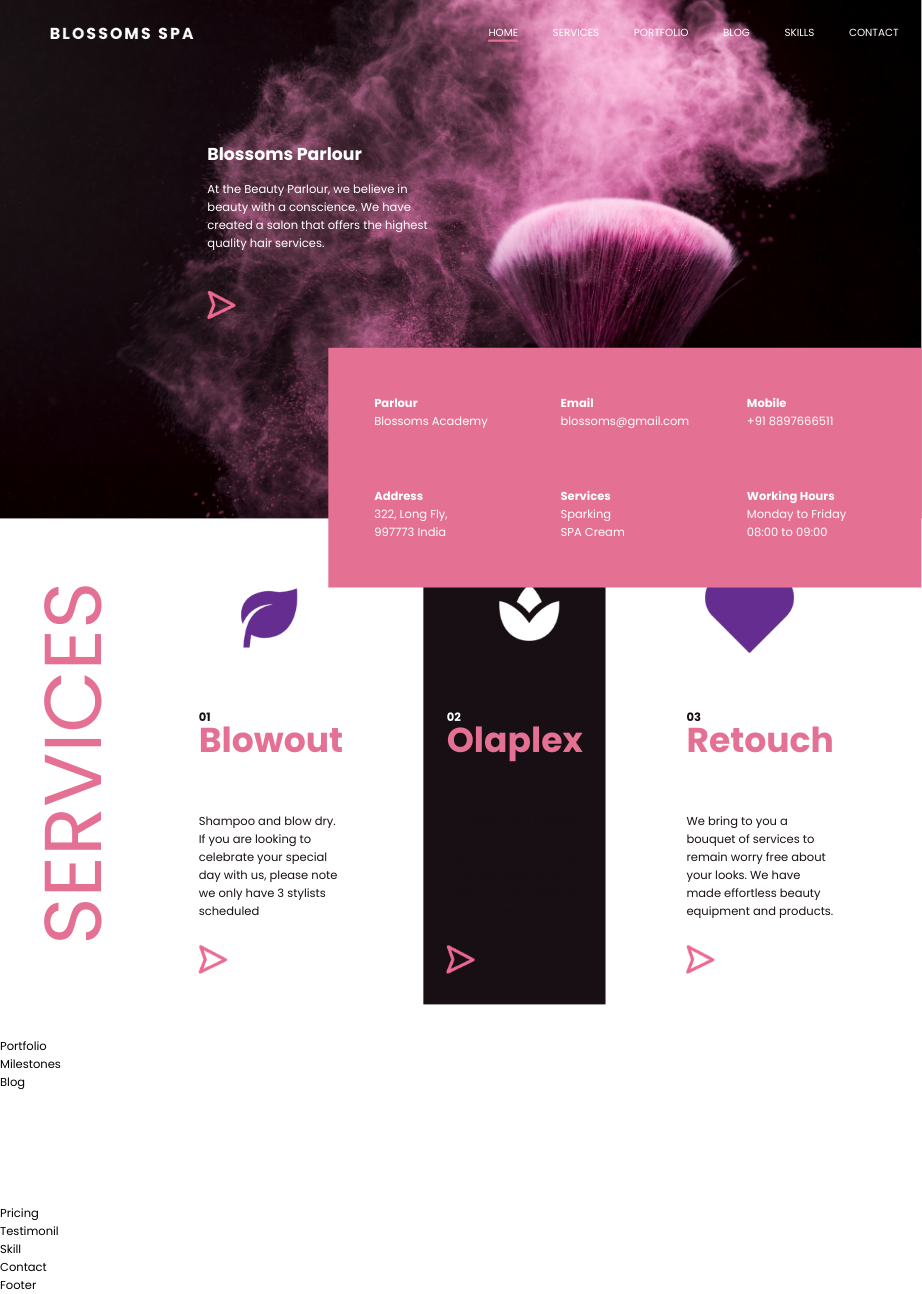
Repository: OmniaRafat232111121/animateSalon
Page: /
The author's editor kept a copy of each file at every save. The page is drawn from the files as they stood at one save, then again after a run of saves.
The browser window is 1280 px wide. The pictures show the whole page, at 72% of full size.
The project was rebuilt for these pictures with package versions that can differ from the ones it lists, and the page was loaded fresh each time. Also part of the build but not shown: src/components/ScrollTop.jsx.

Above is the page before, as saved 2022-07-26 03:23:15.

### src/index.css
@import url("https://fonts.googleapis.com/css2?family=Poppins:wght@100;200;300;400;500;600;700;800&display=swap");
:root {
  --primary-color: #180f14;
  --secondary-color: #e47194;
  --font-family: "Poppins", sans-serif;
}

* {
  margin: 0;
  padding: 0;
  box-sizing: border-box;
}

html {
  scroll-behavior: smooth;
  height: 100%;
  overflow-x: hidden;
}

body {
  overflow-x: hidden;
}

body,
button {
  font-family: var(--font-family);
}

::-webkit-scrollbar {
  background-color: var(--primary-color);
  width: 0.3rem;
}

::-webkit-scrollbar-thumb {
  background-color: var(--secondary-color);
}

@media screen and (min-width: 280px) and (max-width: 1080px) {
  body::-webkit-scrollbar {
    display: none;
  }
}

### src/App.js
import React from 'react'
import Blog from './components/Blog'
import Contact from './components/Contact'
import Footer from './components/Footer'
import Home from './components/Home'
import Milestones from './components/Milestones'
import Portfolio from './components/Portfolio'
import Pricing from './components/Pricing'
import ScrollTop from './components/ScrollTop'
import Services from './components/Services'
import Skill from './components/Skill'
import Testimonil from './components/Testimonil'

const App = () => {
  return (
 <>

 <Home/>
 <Services/>
 <Portfolio/>
 <Milestones/>
 <Blog/>
 <video/>
 <Pricing/>
 <Testimonil/>
 <Skill/>
 <Contact/>
 <Footer/>
 </>
  )
}

export default App

### src/components/Home.jsx
import React from 'react'
import styled from "styled-components"
import home from "../assets/home.png";
import play from "../assets/play.png";
import Navbar from './Navbar';

const Home = () => {
  return (
  <Section id="home">
    <Navbar/>
    <div className="home">
    <div className="content">
    <div classname="title">
    <h1>Blossoms Parlour</h1>
    </div>
    <div className="subTitle">
            <p>
              At the Beauty Parlour, we believe in beauty with a conscience.
              We have created a salon that offers the highest quality hair
              services.
            </p>
          </div>
      <img src={play} alt="playButton"/>
    </div>
    </div>

    <div className="info">
    <div className="grid">
            <div className="col">
                <strong>Parlour</strong>
                <p>Blossoms Academy</p>
            </div>
            <div className="col">
                <strong>Email</strong>
                <p>blossoms@gmail.com</p>
            </div>
            <div className="col">
                <strong>Mobile</strong>
                <p>+91 8897666511</p>
            </div>
            <div className="col">
                <strong>Address</strong>
                <p>322, Long Fly,</p>
                <p>997773 India</p>
            </div>
            <div className="col">
                <strong>Services</strong>
                <p>Sparking</p>
                <p>SPA Cream</p>
            </div>
            <div className="col">
                <strong>Working Hours</strong>
                <p>Monday to Friday</p>
                <p>08:00 to 09:00</p>
            </div>
          </div>
    </div>
    </Section>
  )
}
const Section=styled.section`
  background: url(${home}) no-repeat center;
  min-height: 100vh;
  background-size: cover;
  position: relative;
  .home{
    height: 100%;
    .content {
      display: flex;
      flex-direction: column;
      align-items: flex-start;
      width: 60%;
      color: #fff;
      gap: 1.2rem;
      margin-top: 8rem;
      padding-left: 18rem;
      .title {
        h1 {
          font-size: 5rem;
          line-height: 5.3rem;
        }
      }
      .subTitle {
        p {
          width: 70%;
          margin-bottom: 2rem;
        }
      }
    }
  }
  .info {
    position: absolute;
    bottom: -6rem;
    right: 0;
    background-color: var(--secondary-color);
    padding: 4rem;
    .grid {
      display: grid;
      grid-template-columns: repeat(3, 1fr);
      gap: 5rem;
      color: #fff;
    }
  }
`;

export default Home

### src/components/Milestones.jsx
import React from 'react'

const Milestones = () => {
  return (
    <div>Milestones</div>
  )
}

export default Milestones

### src/components/Services.jsx
import React from 'react'
import styled from 'styled-components'
import service1 from "../assets/service1.png"
import service2 from "../assets/service2.png"
import service3 from "../assets/service3.png"
import play from '../assets/play.png'
import Title from './Title'

import { motion } from "framer-motion";

const Services = () => {

  const data = [
    {
      type: "Blowout",
      text: "Shampoo and blow dry. If you are looking to celebrate your special day with us, please note we only have 3 stylists scheduled",
      image: service1,
    },
    {
      type: "Olaplex",
      text: "Hair treatment helping keep coloured hair healthy from the inside If you are looking to celebrate your special day with us.",
      image: service2,
    },
    {
      type: "Retouch",
      text: "We bring to you a bouquet of services to remain worry free about your looks. We have made effortless beauty equipment and products.",
      image: service3,
    },
  ];
  return <Section id="services" >
    <Title value="services" />
    <div className="services">
        {data.map(({type,text,image},index) => {
            return (
              <motion.div className="services__service"


              transition={{
                delay: 0.03,
                type: "tween",
                duration: 0.8,
              }}
              >
                  <div className="services__service__image">
                    <img src={image} alt="Service" />
                  </div>
                  <div className="services__service__title">
                    <span>0{index + 1}</span>
                    <h2>{type}</h2>
                  </div>
                  <p className="services__service__description">{text}</p>
                  <img src={play} alt="Readmore" />
              </motion.div>
            )
          })}
    </div>
  </Section>
}


const Section = styled.section`
min-height:100vh;
.services{
  display:grid;
  grid-template-columns:repeat(3,1fr);
  gap:5rem;
  align-items:center;
  height:100%;
  margin:0 14rem;
  padding:20px;
  &__service{
    padding:2rem;
    &:nth-of-type(2){
      background-color:var(--primary-color);
      .services__service__title{
        span{
          color:#fff;
        }
      }
      .services__service_description {
        color:#fff;
      }
    }
    &__image {
      margin-bottom: 3rem;
    }
    &__title {
      span {
        color: var(--primary-color);
        font-weight: bolder;
      }
      h2 {
        font-size: 3rem;
        line-height: 2.5rem;
        margin-bottom: 5rem;
        color: var(--secondary-color);
      }
    }
    &__description {
      color: var(--primary-color);
      margin-bottom: 2rem;
    }
  }
}
@media screen and (min-width: 280px) and (max-width: 1080px) {
  .services {
    margin: 2rem 0;
    grid-template-columns: 1fr;
    gap: 2rem;
    padding: 0 2rem;
  }

  }
`;

export default Services

### src/components/Testimonil.jsx
import React from 'react'

const Testimonil = () => {
  return (
    <div>Testimonil</div>
  )
}

export default Testimonil

### src/components/Navbar.jsx
import React,{useState} from 'react';
import styled from 'styled-components';
import logo from "../assets/logo.png";
import { GitHamBurgerMenu } from 'react-icons/gi'
import { MdClose } from "react-icons/md";

const Navbar = () => {
const {isNavOpen,setIsNavOpen}=useState(false);
  return (
    <Nav>
    <div className="brand__container">
    <a href="#" className='brand'>
      <img src={logo} alt="logo" />
    </a>
    </div>
    <div className="toggle"></div>

 <div className="links">
 <ul>
 <li className="active">
     <a href="#home">Home</a>
   </li>
   <li>
     <a href="#services">Services</a>
   </li>
   <li>
     <a href="#portfolio">Portfolio</a>
   </li>
   <li>
     <a href="#blog">Blog</a>
   </li>
   <li>
     <a href="#skills">Skills</a>
   </li>
   <li>
     <a href="#contact">Contact</a>
   </li>
 </ul>
 </div>
</Nav>
  )
}
const Nav = styled.nav`
  display: flex;
  justify-content: space-between;
  margin: 0 2rem;
  color: #fff;
  padding-top: 2rem;
  .brand__container {
    margin: 0 2rem;
    .toggle {
      display: none;
    }
  }
  .links {
    ul {
      list-style-type: none;
      display: flex;
      gap: 3rem;
      .active{
        a {
          border-bottom: 0.2rem solid var(--secondary-color);
        }
      }
      li {
        a {
          color: #fff;
          text-decoration: none;
          font-weight: 400;
          font-size: 0.9rem;
          text-transform: uppercase;
        }
        a:hover{
          color:var(--secondary-color);
          border-bottom:0.2rem solid #fff;
        }
      }
    }
  }
`
  export default Navbar;

### src/components/Title.jsx
import React from 'react'
import styled from "styled-components";
const Title = ({value}) => {
  return (
    <Div>
    <h1>{value}</h1>
    </Div>
  );
}
const Div =styled.nav `
position:relative;
h1{
  position:absolute;
  transform: translateX(-30%) translateY(20vw) rotate(-90deg);
  font-size: 7rem;
  text-transform: uppercase;
  color: var(--secondary-color);
  font-weight: 400;
  @media screen and (min-width: 280px) and (max-width: 1080px) {
    display: none;
  }

}
`

export default Title

Loaded but not shown: public/index.html (common file); src/index.js (common file); src/components/Blog.jsx (common file); src/components/Contact.jsx (common file); src/components/Footer.jsx (common file); src/components/Portfolio.jsx (common file); src/components/Pricing.jsx (common file); src/components/Skill.jsx (common file)

After the next 3 saves:
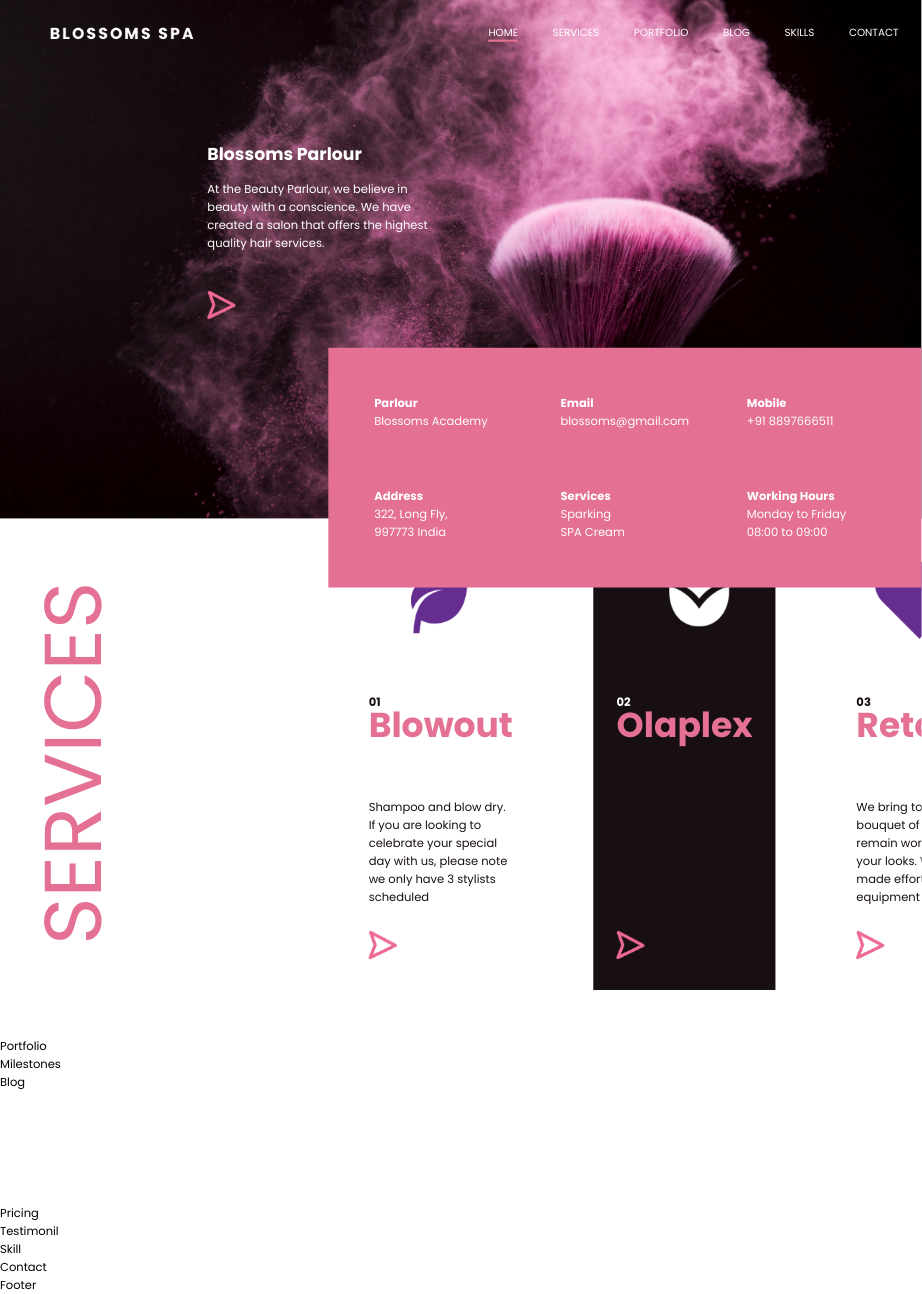
The 3 saves are shown as one change because they came seconds apart.
The last was saved 14 s later.
--- a/src/components/Services.jsx
+++ b/src/components/Services.jsx
@@ -66,8 +66,8 @@ min-height:100vh;
   gap:5rem;
   align-items:center;
   height:100%;
-  margin:0 14rem;
-  padding:20px;
+  margin:0 30rem;
+
   &__service{
     padding:2rem;
     &:nth-of-type(2){
